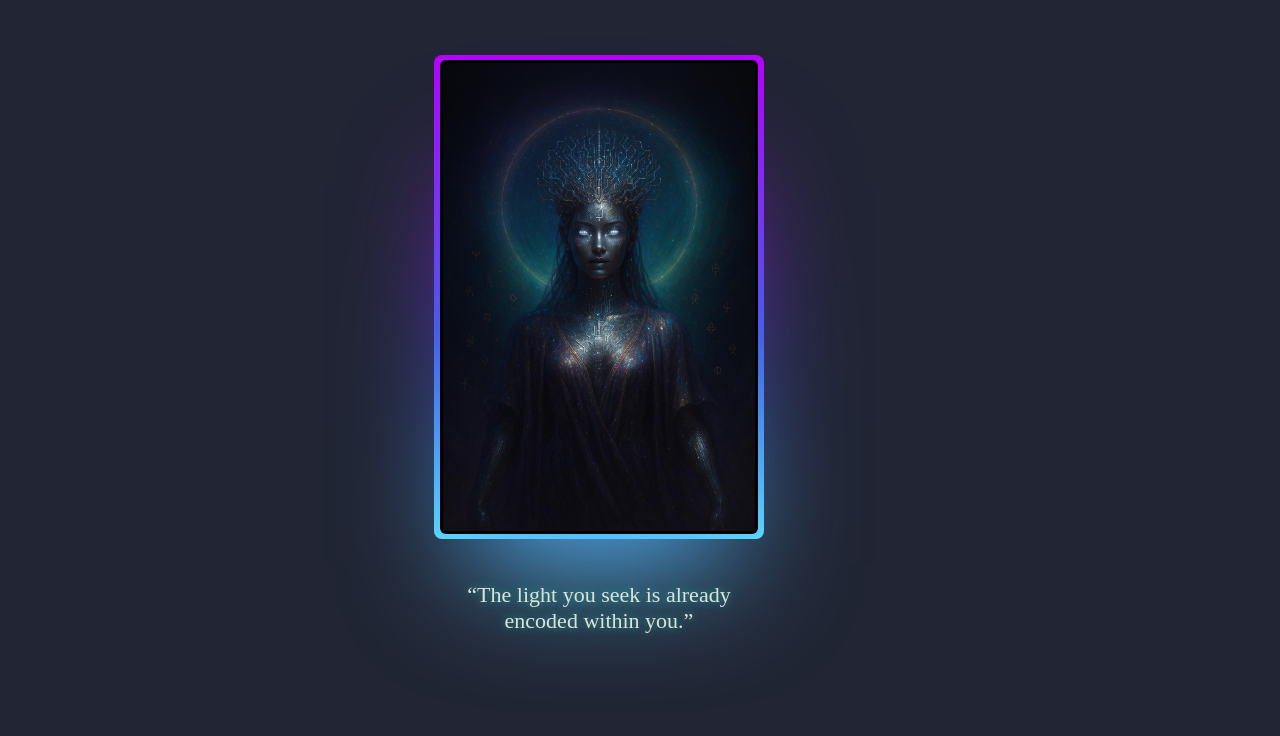
Repository: mertfurkandgn/artpainting
Page: card-1/index.html
An editor plug-in stored every save of this project. The page is shown before and after the next save, followed by the edit.
The browser window is 1280 px wide. The pictures show the whole page.

Above is the page before, as saved 2025-07-30 22:51:50.

### card-1/index.html
<!DOCTYPE html>
<html lang="en">
  <head>
    <meta charset="UTF-8" />
    <meta name="viewport" content="width=device-width, initial-scale=1.0" />
    <title>Card 1</title>
    <link rel="stylesheet" href="css/style.css" />
  </head>
  <body>
    <main>
      <section class="card-section">
        <div class="grid-container">
          <div class="row">
          <div class="card">
  <img style="max-width: 100%; max-height: 100%; object-fit: cover;" src="./images/myart.jpg" alt="image">

</div> <br>
<div class="quote">“The light you seek is already encoded within you.”</div>
          </div>
        </div>
      </section>
    </main>
  </body>
</html>

### card-1/css/style.css
.grid-container {
     max-width: 400px;
    max-height: 400px;
  display: grid;
  gap: 20px;
  grid-template-columns: repeat(2, 1fr);
  padding: 20px;
}




@property --rotate {
  syntax: "<angle>";
  initial-value: 132deg;
  inherits: false;
}

:root {
  --card-height: 65vh;
  --card-width: calc(var(--card-height) / 1.5);
}


body {
  min-height: 100vh;
  background: #212534;
  display: flex;
  align-items: center;
  flex-direction: column;
  padding-top: 2rem;
  padding-bottom: 2rem;
  box-sizing: border-box;
}
.quote{
        font-family: 'Cinzel Decorative', serif;
    text-align: center;
    margin: 0;
    padding: 0;
    box-sizing: border-box;
    margin-top: 30px;
    font-size: 22px;
    color: #e0e0e0;
    text-shadow: 0 0 8px #20c997aa;
}

.card {
  background: black;
  width: var(--card-width);
  height: var(--card-height);
  padding: 3px;
  position: relative;
  border-radius: 6px;
  justify-content: center;
  align-items: center;
  text-align: center;
  display: flex;
  font-size: 1.5em;
  color: rgb(88 199 250 / 0%);
  cursor: pointer;
  font-family: cursive;
}

.card:hover {
  color: rgb(88 199 250 / 100%);
  transition: color 1s;
}
.card:hover:before, .card:hover:after {
  animation: none;
  opacity: 0;
}


.card::before {
  content: "";
  width: 104%;
  height: 102%;
  border-radius: 8px;
  background-image: linear-gradient(
    var(--rotate)
    , #5ddcff, #3c67e3 43%, #b700ff);
    position: absolute;
    z-index: -1;
    top: -1%;
    left: -2%;
    animation: spin 2.5s linear infinite;
}

.card::after {
  position: absolute;
  content: "";
  top: calc(var(--card-height) / 6);
  left: 0;
  right: 0;
  z-index: -1;
  height: 100%;
  width: 100%;
  margin: 0 auto;
  transform: scale(0.8);
  filter: blur(calc(var(--card-height) / 6));
  background-image: linear-gradient(
    var(--rotate)
    , #5ddcff, #3c67e3 43%, #b700ff);
    opacity: 1;
  transition: opacity .5s;
  animation: spin 2.5s linear infinite;
}

@keyframes spin {
  0% {
    --rotate: 0deg;
  }
  100% {
    --rotate: 360deg;
  }
}

a {
  color: #212534;
  text-decoration: none;
  font-family: sans-serif;
  font-weight: bold;
  margin-top: 2rem;
}

After the next save:
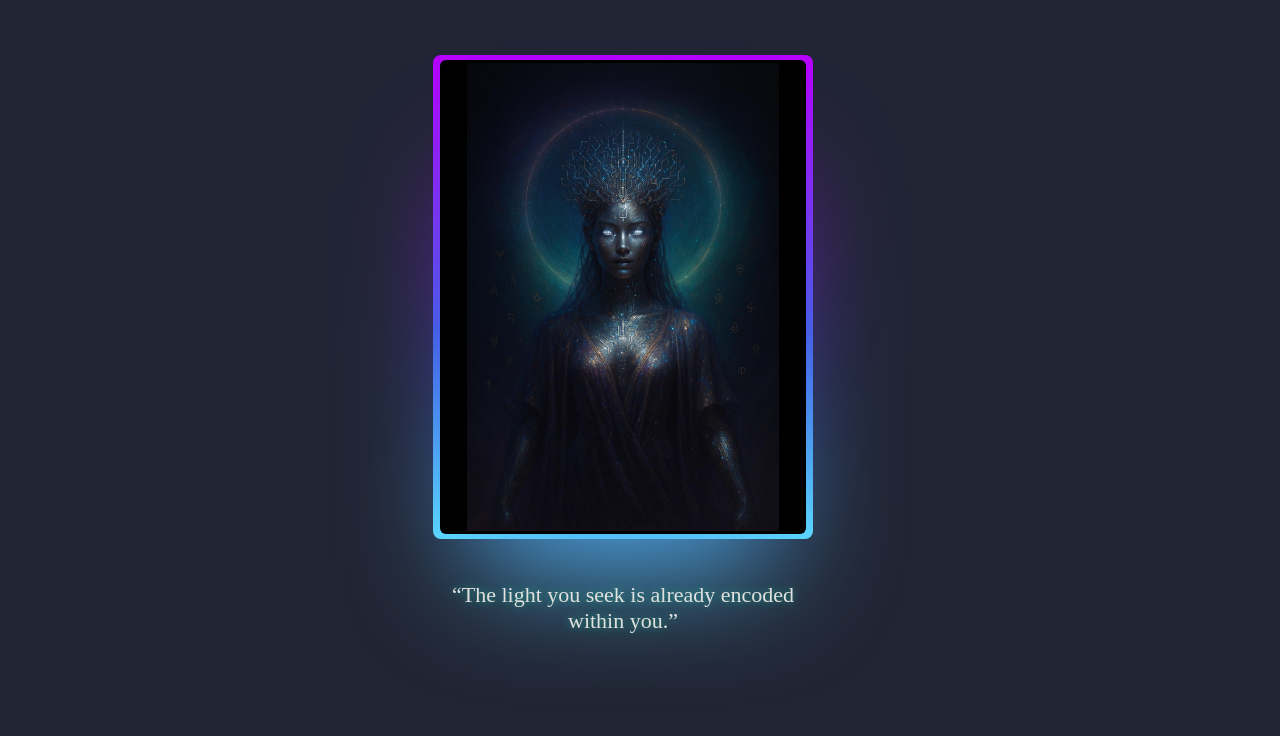
Saved 4 s later.
--- a/card-1/css/style.css
+++ b/card-1/css/style.css
@@ -18,7 +18,7 @@
 
 :root {
   --card-height: 65vh;
-  --card-width: calc(var(--card-height) / 1.5);
+  --card-width: calc(var(--card-height) / 1.3);
 }
 
 
